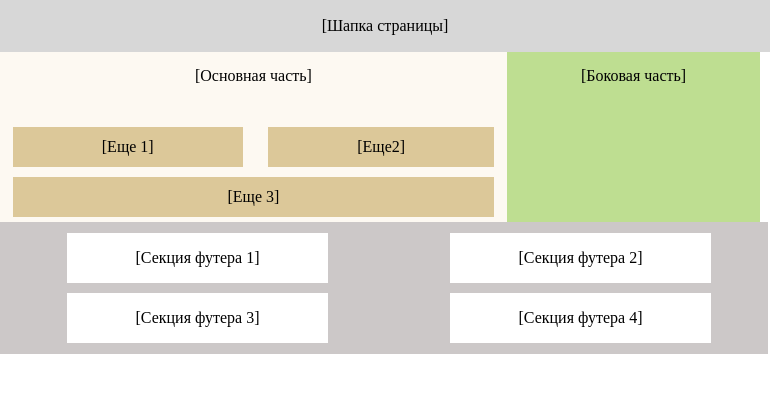
Repository: VictoriSyh/week7
Page: index_adapt.html
These files come from the project's save history. The page is drawn as it stood at one moment and after a run of saves; the edit follows.
The browser window is 768 px wide. The page is 770 px wide, so the pictures cover 770 px, including what lies to the right of the window. The pictures show the whole page.

Above is the page before, as saved 2025-01-02 18:16:21.

### index_adapt.html
<!DOCTYPE html>
<html lang="ru">
<head>
    <link rel="stylesheet" href="/styles/normalize.css">
    <link rel="stylesheet" href="./styles/style_adapt.css">
    <meta charset="UTF-8">
    <meta name="viewport" content="width=device-width, initial-scale=1.0">
    <link rel="shortcut icon" href="https://www.svgrepo.com/show/529024/home-wifi-angle.svg"
    type="image/svg">
    <title>Домашняя работа</title>
</head>
<body>
<header>
    [Шапка страницы]
</header>
    <main>
<div class="mainpart">
    <div class="left">
    <div class="block">[Основная часть]</div>
    <div class="one">[Еще 1]</div>
    <div class="two">[Еще2]</div>
    <div class="three">[Еще 3]</div>
</div>
<div class="right_block">
    <div class="text">[Боковая часть]</div>
</div>
</div>

</main>
    <footer>
        <div class="section">[Секция футера 1]</div>
        <div class="section">[Секция футера 2]</div>
        <div class="section">[Секция футера 3]</div>
        <div class="section">[Секция футера 4]</div>
    </footer>
</body>
</html

### styles/style_adapt.css
header{
    display: grid;
    align-items: center;
    justify-items: center;
    border: 1px solid rgb(215, 215, 215);
    background-color: rgb(215, 215, 215);
    height: 50px;
    width: 100%;
}
main{
    display: grid;
    width: 100%;
}

.mainpart{
    display: grid;
    grid-template-columns: 33% 33% 33%;
}

.left{
    display: grid;
    grid-template-rows: 70px 50px 50px;
    grid-column:1/3;
    background-color:rgb(253, 249, 242)
}

.block{
    display: grid;
    grid-row: 1/2;
    grid-column:1/3;
    margin: 15px;
    text-align: center;
}

.right_block{
    grid-row: 1/2;
    grid-column:3/4;
    background-color: rgb(190, 222, 145);
    text-align: center;
}

.text{
    margin: 15px;
}

.three{
    display: grid;
    grid-row: 3/4;
    grid-column:1/3;
    place-items: center;
    margin: auto;
    background-color: rgb(220, 200, 153);
    width: 95%;
    height: 80%;
}

.one{
    display: grid;
    grid-row: 2/3;
    grid-column:1/2;
    place-items: center;
    margin: auto;
    background-color: rgb(220, 200, 153);
    width: 90%;
    height: 80%;
}

.two{
    display: grid;
    grid-row: 2/3;
    grid-column:2/3;
    place-items: center;
    margin: auto;
    background-color: rgb(220, 200, 153);
    width: 90%;
    height: 80%;
}

footer{
    display: grid;
    grid-template-columns: repeat(auto-fit, minmax(200px, 1fr));
    gap: 10px;
    padding: 10px;
    justify-items: center;
    align-items: center;
    border: 1px solid rgb(204, 200, 200);
    background-color: rgb(204, 200, 200);
}
.section{
    display: grid;
    background-color: white;
    width: 70%;
    height: 50px;
    place-items: center;
}

/*Адаптация*/

/*Tablet*/
@media screen and (max-width: 850px) {
    footer{
        display: grid;
        grid-template-columns: 50% 50%;
        grid-template-rows: 1fr 1fr;
    }
}

Loaded but not shown: styles/normalize.css (library)

After the next 2 saves:
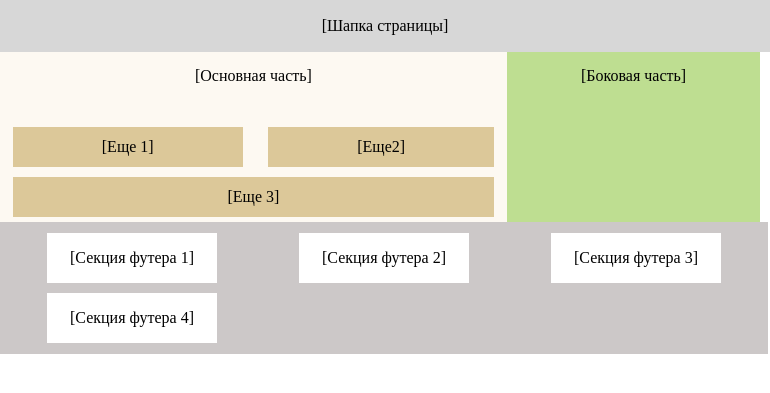
The 2 saves are shown as one change because they came seconds apart.
The last was saved 6 s later.
--- a/styles/style_adapt.css
+++ b/styles/style_adapt.css
@@ -100,7 +100,7 @@
 @media screen and (max-width: 850px) {
     footer{
         display: grid;
-        grid-template-columns: 50% 50%;
+        grid-template-columns: repeat(auto-fit, minmax(200px, 1fr));
         grid-template-rows: 1fr 1fr;
     }
 }

After the 2 saves that followed:
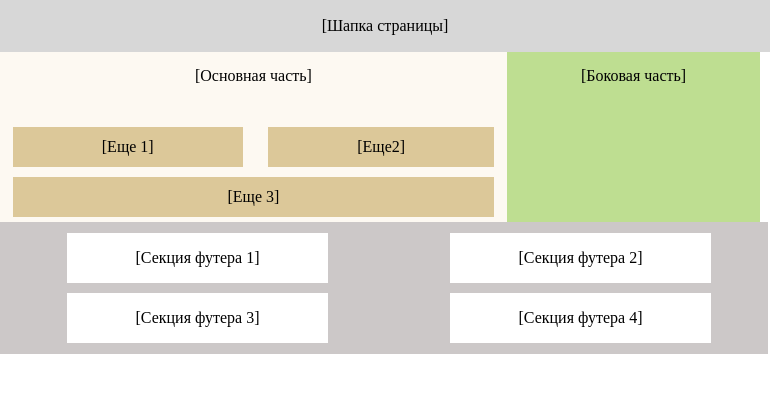
The 2 saves are shown as one change because they came seconds apart.
The last was saved 13 s later.
--- a/styles/style_adapt.css
+++ b/styles/style_adapt.css
@@ -100,7 +100,7 @@
 @media screen and (max-width: 850px) {
     footer{
         display: grid;
-        grid-template-columns: repeat(auto-fit, minmax(200px, 1fr));
+        grid-template-columns: 50% 50%;
         grid-template-rows: 1fr 1fr;
     }
 }
